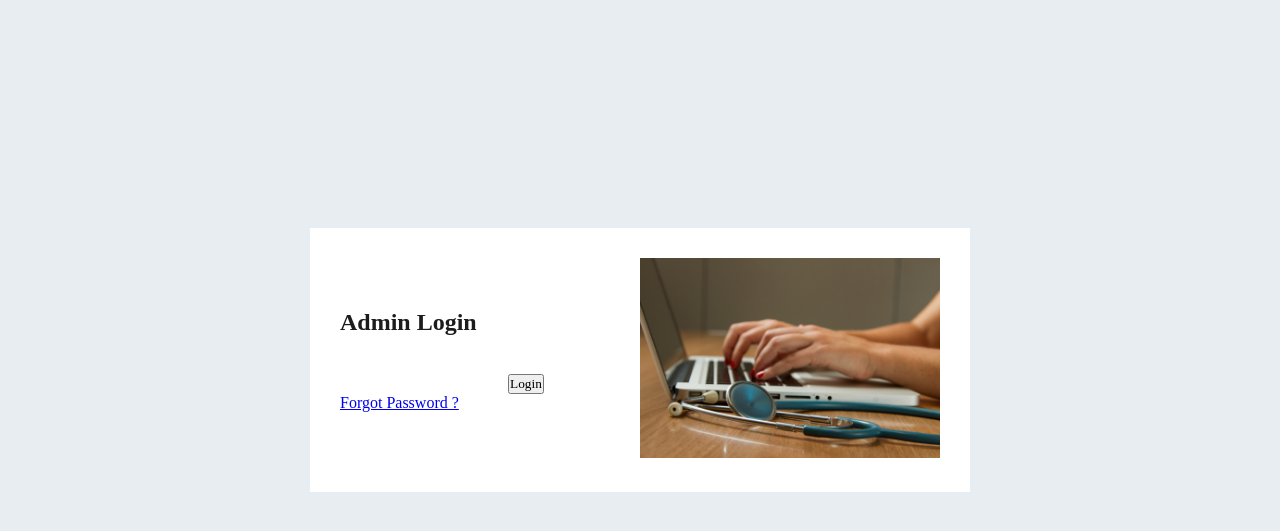
Repository: GauraVPandeyyy/Final-Neuro-dentica
Page: http://localhost/Admin-Panel/login.php
The author's editor kept a copy of each file at every save. The page is drawn from the files as they stood at one save, then again after a run of saves.
The browser window is 1280 px wide. The pictures show the whole page.
The page is run by PHP 8.4 with error messages shown; the project is at /var/www/html/.

Above is the page before, as saved 2024-11-10 19:18:06.

### Admin-Panel/login.php
<!DOCTYPE html>
<html lang="en">

<head>
    <meta charset="UTF-8">
    <title>Admin Login</title>
    <link rel="stylesheet" href="login.css">
</head>

<body>
    <div class="container">
        <div class="myForm">
            <h2>Admin Login</h2>
            <form method="POST">
                <!-- <label for="username">Username:</label> -->
                <input type="text" name="username" id="username" required>

                <!-- <label for="password">Password:</label> -->
                <input type="password" name="password" id="password" required>

                <button type="submit" name="login">Login</button>
            </form>
            <div class="extra">
                <a href="#">Forgot Password ?</a>
            </div>

        </div>
        <div class="image">
            <img src="DoctorImage.jpg" alt="" width="300px">
        </div>

    </div>
    <?php

    require("../config.php");

    if (isset($_POST['login'])) {


        $query = "SELECT * FROM `admin_users` WHERE `username` = '$_POST[username]' AND `password` = '$_POST[password]'";

        $result = mysqli_query($conn, $query);

        if (mysqli_num_rows($result) === 1) {
            session_start();
            $_SESSION['admin_logged_in'] = true;
            // $_SESSION['adminLoggedIn'] = $_POST['username'];
            header("Location: dashboard.php");
            exit();
        } else {
            echo "<script> alert('Incorrect Password');</script>";
        }
    }
    ?>

</body>

</html>

### config.php
<?php
$host = "localhost";
$user = "root";        // Default XAMPP username
$password = "";        // Default XAMPP password
$dbname = "mkappointmentdb"; // Your database name

$conn = new mysqli($host, $user, $password, $dbname);

if ($conn->connect_error) {
    die("Connection failed: " . $conn->connect_error);
}
?>

### Admin-Panel/login.css
*{
    padding: 0;
    margin: 0;
    box-sizing: border-box;
    font-family: poppins;
}
body{
    background-color: #e8edf2;
    /* display: flex;
    align-items: center;
    justify-content: center; */
}
.container{
    position: absolute;
    top: 50%;
    left: 50%;
    transform: translate(-50%,-50%);

    display: flex;
    align-items: center;
    flex-direction: row;

    background-color: #fff;
    padding: 30px;
}

div.container div.myForm{
    width: 270px;
    margin-right: 30px;
}
div.container div.myForm h2{
    color: #1c1c1c;
    margin-bottom: 20px;
}
div.container div.myForm input{
    border: none;
    outline: none;
     border-radius: 0;

}

After the next 6 saves:
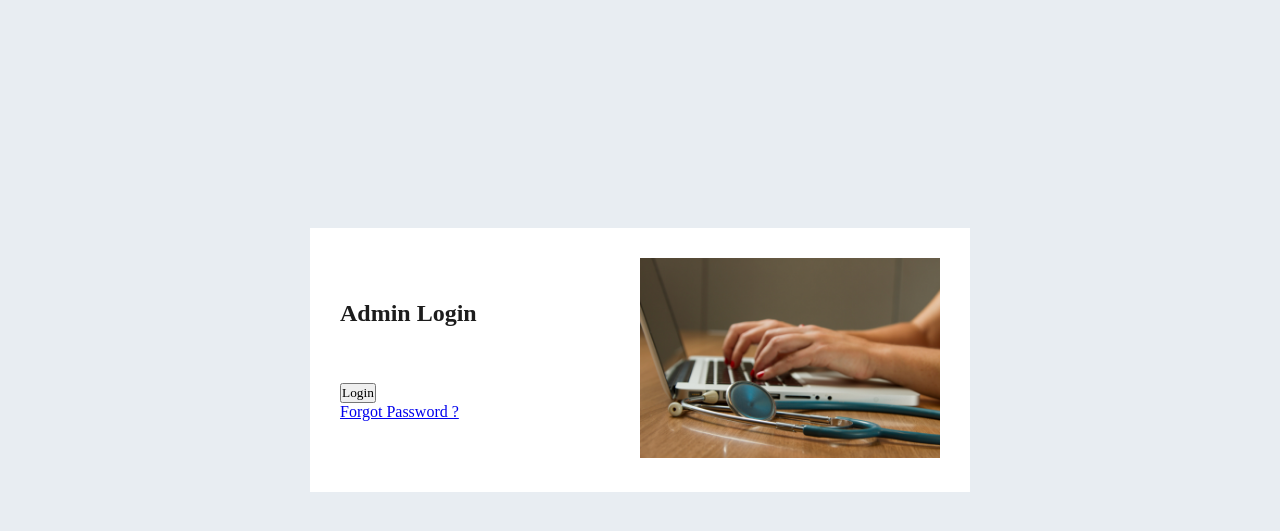
The 6 saves are shown as one change because they came seconds apart.
The last was saved 16 s later.
--- a/Admin-Panel/login.css
+++ b/Admin-Panel/login.css
@@ -35,6 +35,7 @@ div.container div.myForm h2{
 div.container div.myForm input{
     border: none;
     outline: none;
-     border-radius: 0;
+    border-radius: 0;
+    width: 100%;
 
 }
